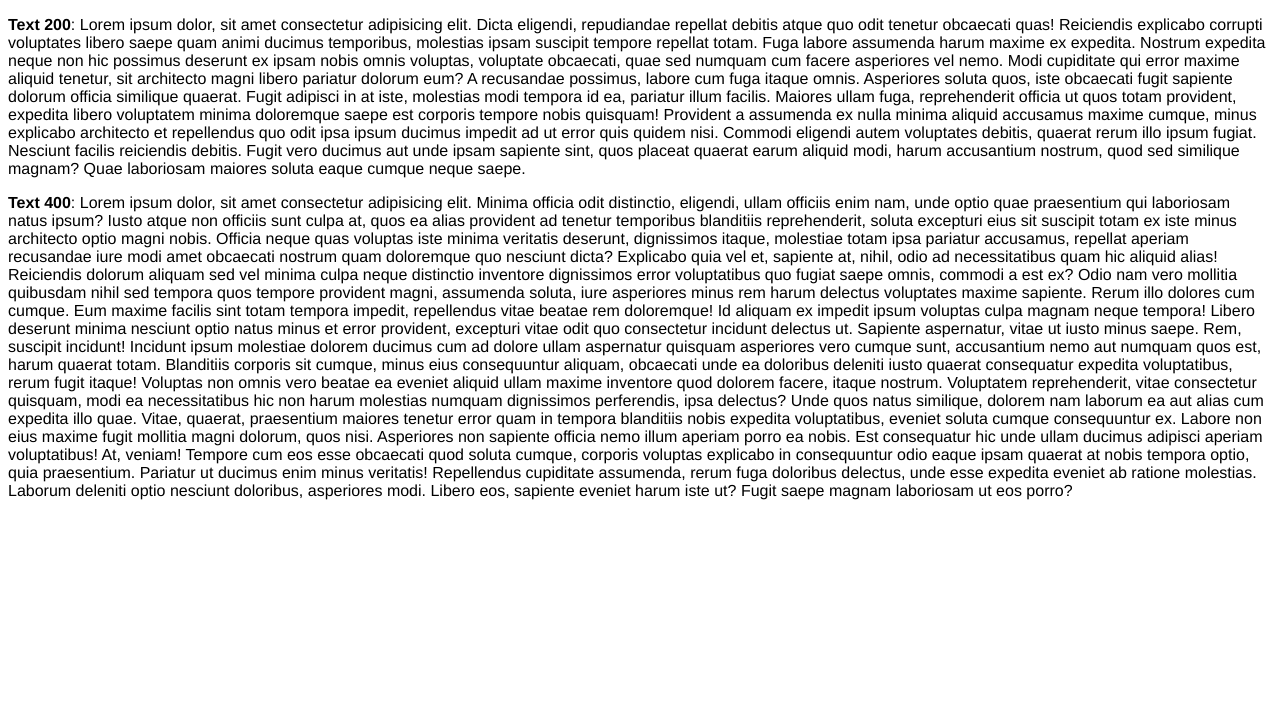
Repository: j4tdn/java18-repository
Page: 2. CSS3/ex04-css-float.html
An editor plug-in stored every save of this project. The page is shown before and after the next save, followed by the edit.
The browser window is 1280 px wide. The pictures show the whole page.

Above is the page before, as saved 2023-10-21 18:49:43.

### 2. CSS3/ex04-css-float.html
<!DOCTYPE html>
<html lang="en">
  <head>
    <meta charset="UTF-8" />
    <meta name="viewport" content="width=device-width, initial-scale=1.0" />
    <title>Ex04 - Css Float</title>
    <link rel="stylesheet" href="css/style-base.css" />
    <link rel="stylesheet" href="css/utils.css" />
  </head>
  <body>
    <div class="block-md200"></div>
    <p>
      <span class="text-bold">Text 200</span>: Lorem ipsum dolor, sit amet
      consectetur adipisicing elit. Dicta eligendi, repudiandae repellat debitis
      atque quo odit tenetur obcaecati quas! Reiciendis explicabo corrupti
      voluptates libero saepe quam animi ducimus temporibus, molestias ipsam
      suscipit tempore repellat totam. Fuga labore assumenda harum maxime ex
      expedita. Nostrum expedita neque non hic possimus deserunt ex ipsam nobis
      omnis voluptas, voluptate obcaecati, quae sed numquam cum facere
      asperiores vel nemo. Modi cupiditate qui error maxime aliquid tenetur, sit
      architecto magni libero pariatur dolorum eum? A recusandae possimus,
      labore cum fuga itaque omnis. Asperiores soluta quos, iste obcaecati fugit
      sapiente dolorum officia similique quaerat. Fugit adipisci in at iste,
      molestias modi tempora id ea, pariatur illum facilis. Maiores ullam fuga,
      reprehenderit officia ut quos totam provident, expedita libero voluptatem
      minima doloremque saepe est corporis tempore nobis quisquam! Provident a
      assumenda ex nulla minima aliquid accusamus maxime cumque, minus explicabo
      architecto et repellendus quo odit ipsa ipsum ducimus impedit ad ut error
      quis quidem nisi. Commodi eligendi autem voluptates debitis, quaerat rerum
      illo ipsum fugiat. Nesciunt facilis reiciendis debitis. Fugit vero ducimus
      aut unde ipsam sapiente sint, quos placeat quaerat earum aliquid modi,
      harum accusantium nostrum, quod sed similique magnam? Quae laboriosam
      maiores soluta eaque cumque neque saepe.
    </p>
    <p>
      <span class="text-bold">Text 400</span>: Lorem ipsum dolor, sit amet
      consectetur adipisicing elit. Minima officia odit distinctio, eligendi,
      ullam officiis enim nam, unde optio quae praesentium qui laboriosam natus
      ipsum? Iusto atque non officiis sunt culpa at, quos ea alias provident ad
      tenetur temporibus blanditiis reprehenderit, soluta excepturi eius sit
      suscipit totam ex iste minus architecto optio magni nobis. Officia neque
      quas voluptas iste minima veritatis deserunt, dignissimos itaque,
      molestiae totam ipsa pariatur accusamus, repellat aperiam recusandae iure
      modi amet obcaecati nostrum quam doloremque quo nesciunt dicta? Explicabo
      quia vel et, sapiente at, nihil, odio ad necessitatibus quam hic aliquid
      alias! Reiciendis dolorum aliquam sed vel minima culpa neque distinctio
      inventore dignissimos error voluptatibus quo fugiat saepe omnis, commodi a
      est ex? Odio nam vero mollitia quibusdam nihil sed tempora quos tempore
      provident magni, assumenda soluta, iure asperiores minus rem harum
      delectus voluptates maxime sapiente. Rerum illo dolores cum cumque. Eum
      maxime facilis sint totam tempora impedit, repellendus vitae beatae rem
      doloremque! Id aliquam ex impedit ipsum voluptas culpa magnam neque
      tempora! Libero deserunt minima nesciunt optio natus minus et error
      provident, excepturi vitae odit quo consectetur incidunt delectus ut.
      Sapiente aspernatur, vitae ut iusto minus saepe. Rem, suscipit incidunt!
      Incidunt ipsum molestiae dolorem ducimus cum ad dolore ullam aspernatur
      quisquam asperiores vero cumque sunt, accusantium nemo aut numquam quos
      est, harum quaerat totam. Blanditiis corporis sit cumque, minus eius
      consequuntur aliquam, obcaecati unde ea doloribus deleniti iusto quaerat
      consequatur expedita voluptatibus, rerum fugit itaque! Voluptas non omnis
      vero beatae ea eveniet aliquid ullam maxime inventore quod dolorem facere,
      itaque nostrum. Voluptatem reprehenderit, vitae consectetur quisquam, modi
      ea necessitatibus hic non harum molestias numquam dignissimos perferendis,
      ipsa delectus? Unde quos natus similique, dolorem nam laborum ea aut alias
      cum expedita illo quae. Vitae, quaerat, praesentium maiores tenetur error
      quam in tempora blanditiis nobis expedita voluptatibus, eveniet soluta
      cumque consequuntur ex. Labore non eius maxime fugit mollitia magni
      dolorum, quos nisi. Asperiores non sapiente officia nemo illum aperiam
      porro ea nobis. Est consequatur hic unde ullam ducimus adipisci aperiam
      voluptatibus! At, veniam! Tempore cum eos esse obcaecati quod soluta
      cumque, corporis voluptas explicabo in consequuntur odio eaque ipsam
      quaerat at nobis tempora optio, quia praesentium. Pariatur ut ducimus enim
      minus veritatis! Repellendus cupiditate assumenda, rerum fuga doloribus
      delectus, unde esse expedita eveniet ab ratione molestias. Laborum
      deleniti optio nesciunt doloribus, asperiores modi. Libero eos, sapiente
      eveniet harum iste ut? Fugit saepe magnam laboriosam ut eos porro?
    </p>
  </body>
</html>

### 2. CSS3/css/style-base.css
/*  */
* {
  font-family: corbel, helvetica, sans-serif;
}
li {
  /* list-style-type: none; */
  list-style-image: url("../images/world.png");
}
/* EX02: CSS SELECTOR CLASS ID */
/* Chỉ có thẻ p với class là text20 mới ăn */
/* p[class="text20"] {
  color: blue;
} */
/* p.text20 {
  color: blue;
} */
/* Tất cả tag với class là text20 */
/* .text20 {
  color: blue;
} */

#page-footer {
  position: absolute;
  bottom: 0;
  left: 0;
  width: 100%;
  height: 40px;
  background-color: pink;
}

/* EX03: BASE CONTENT BASIC DEMO */
.parent-text10lh {
  height: 60px;
  background-color: blue;
}
.text10lh {
  line-height: 60px;
  color: #fcccba;
}

### 2. CSS3/css/utils.css
.text-green {
  color: green;
}
.text-blue {
  color: blue;
}
.text-orange {
  color: orange;
}
.text-bold {
  font-weight: bold;
}
.text-underline {
  text-decoration: underline;
}
.text-line-through {
  text-decoration: line-through;
}
.text-overline {
  text-decoration: overline;
}
.text-decor-none {
  text-decoration: none;
}
.text-align-left {
  text-align: left;
}
.text-align-center {
  text-align: center;
}
.text-align-right {
  text-align: right;
}

After the next save:
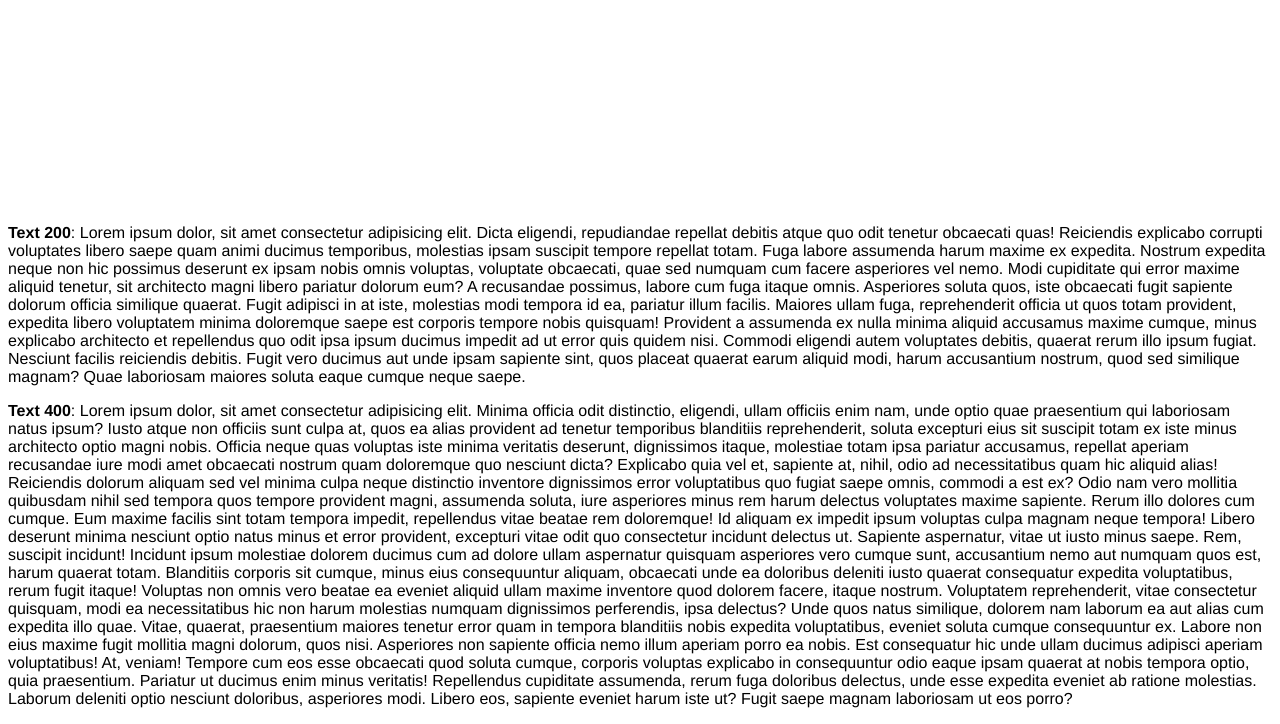
Saved 54 s later.
--- a/2. CSS3/css/utils.css
+++ b/2. CSS3/css/utils.css
@@ -31,3 +31,7 @@
 .text-align-right {
   text-align: right;
 }
+.block-md200 {
+  width: 200px;
+  height: 200px;
+}
